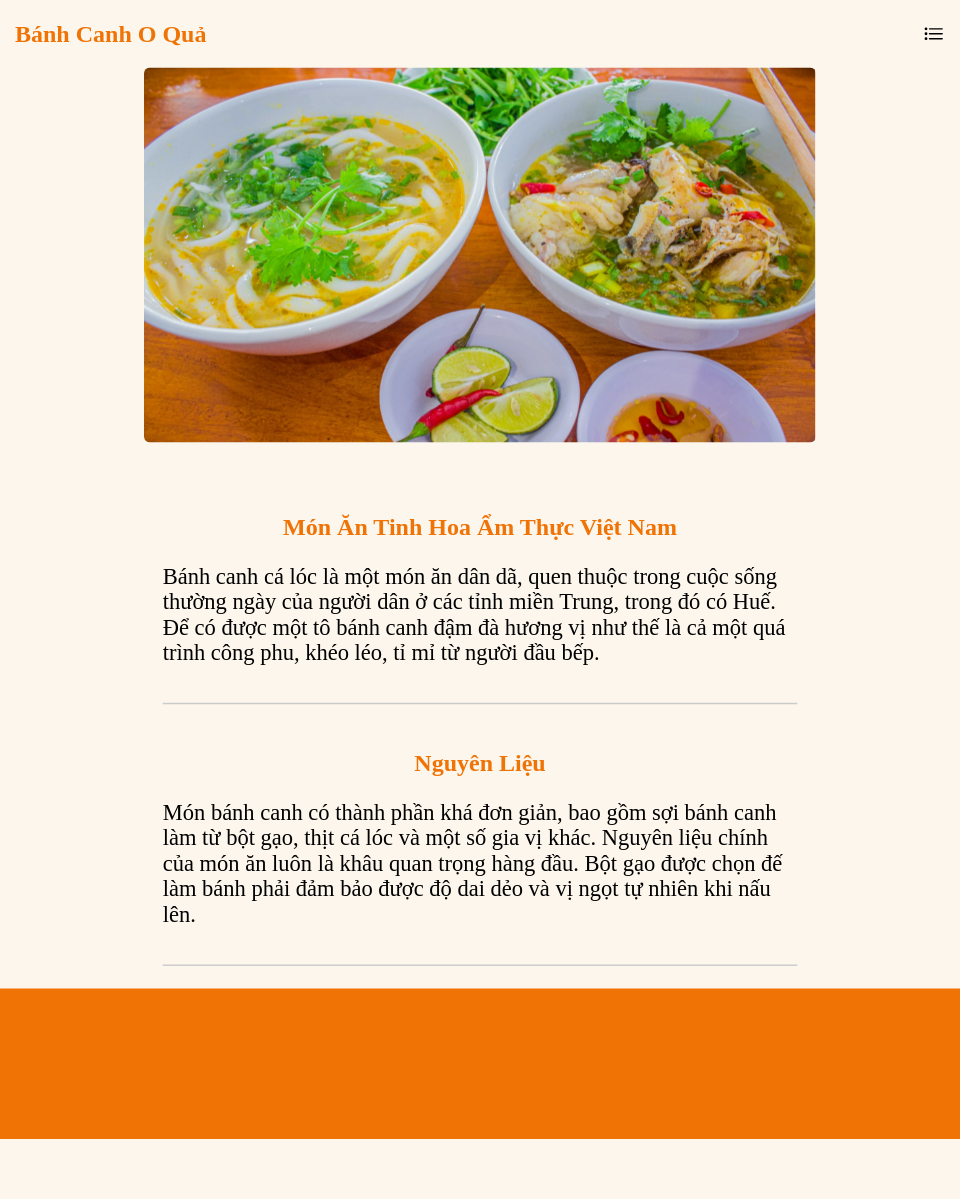
Repository: LeCongTuan2608/AmThuc
Page: public/index.html
An editor plug-in stored every save of this project. The page is shown before and after the next save, followed by the edit.
The browser window is 1280 px wide. The pictures show the whole page, at 75% of full size.
Some web fonts or font styles are not loaded; a fallback is used. The style sheet was rebuilt from its Sass, Less or Tailwind sources for each picture, by a compiler version that may differ from the author's.

Above is the page before, as saved 2022-04-15 11:39:14.

### public/index.html
<!DOCTYPE html>
<html lang="en">
   <head>
      <meta charset="UTF-8" />
      <meta http-equiv="X-UA-Compatible" content="IE=edge" />
      <meta name="viewport" content="width=device-width, initial-scale=1.0" />
      <link rel="stylesheet" href="../sass/css/index.css" />
      <link rel="stylesheet" href="../Javascript/app.js" />

      <script type="module" src="https://unpkg.com/ionicons@5.5.2/dist/ionicons/ionicons.esm.js"></script>
      <script nomodule src="https: // unkg .com / ionicons @ 5.5.2 / dist / ionicons / ionicons.js "></script>

      <link rel="preconnect" href="https://fonts.googleapis.com" />
      <link rel="preconnect" href="https://fonts.gstatic.com" crossorigin />
      <link href="https://fonts.googleapis.com/css2?family=Updock&display=swap" rel="stylesheet" />
      <title>Bánh Canh O Quả</title>
   </head>
   <body>
      <header>
         <div id="header">
            <h1>Bánh Canh O Quả</h1>
            <ion-icon name="list-outline"></ion-icon>
         </div>
      </header>
      <main>
         <div id="container">
            <div id="top">
               <div id="image">
                  <img src="../images/anh-3.png" alt="" />
               </div>
            </div>
            <div id="middle">
               <div id="contents">
                  <div id="story">
                     <h1>Món Ăn Tinh Hoa Ẩm Thực Việt Nam</h1>
                     <p>
                        Bánh canh cá lóc là một món ăn dân dã, quen thuộc trong cuộc sống thường ngày của người dân ở
                        các tỉnh miền Trung, trong đó có Huế. Để có được một tô bánh canh đậm đà hương vị như thế là cả
                        một quá trình công phu, khéo léo, tỉ mỉ từ người đầu bếp.
                     </p>
                  </div>
                  <div id="ingredient">
                     <h1>Nguyên Liệu</h1>
                     <p>
                        Món bánh canh có thành phần khá đơn giản, bao gồm sợi bánh canh làm từ bột gạo, thịt cá lóc và
                        một số gia vị khác. Nguyên liệu chính của món ăn luôn là khâu quan trọng hàng đầu. Bột gạo được
                        chọn đế làm bánh phải đảm bảo được độ dai dẻo và vị ngọt tự nhiên khi nấu lên.
                     </p>
                  </div>
               </div>
            </div>
         </div>
      </main>
      <footer></footer>
   </body>
</html>

### sass/index.scss
@import './variables';
html{
    font-size: 100%;
    width: 100%;
    height: 100%;
}
*{
    margin: 0;
    padding: 0;
}
body{
    width: 100%;
    height: 100%;
    background-color: $background_Color;
}
header #header{
    display: flex;
    height: 50px;
    padding: 20px;
    align-items: center;
    justify-content: space-between;
}
#header h1{
    color: $words_Color;
    cursor: pointer;
    font-family: $words_font;
}
#header ion-icon{
    font-size: 30px;
    cursor: pointer;
}
main{
    width: 100%;
    display: flex;
    justify-content: center;
}
main #container{
    display: flex;
    width: 70%;
    flex-direction: column;
    justify-content: center;

}
#image{
    background-size: cover;

}
#image img{
    width: 100%;
    height: 500px;
    border-radius: 8px;
    background-size: cover;
}
#contents{
    width: auto;
    height: auto;
    padding: 30px 25px 30px 25px;

}
#story{
    border-bottom-style: solid;
    border-width: 2px;
    border-color: #cbcbcb;
    padding-bottom: 50px;
}
#story h1{
    color: $words_Color;
    text-align: center;
    margin: 60px 0 30px 0;
    font-family: $words_font;
}
#story p{
    font-size: $font_Size;
    font-family: $words_font;
}
#ingredient{
    border-bottom-style: solid;
    border-width: 2px;
    border-color: #cecece;
    padding-bottom: 50px;
}
#ingredient h1{
    color: $words_Color;
    text-align: center;
    margin: 60px 0 30px 0;
    font-family: $words_font;
}
#ingredient p{
    font-size: $font_Size;
    font-family: $words_font;
}
footer{
    height: 200px;
    background-color: $words_Color;
}

### sass/variables.scss
$background_Color: #fcf6ed;
$words_Color: #f07305;
$words_font: 'Updock', cursive;
$font_Size: 30px;

Loaded but not shown: Javascript/app.js (no stored copy; drawn as an empty file)

After the next save:
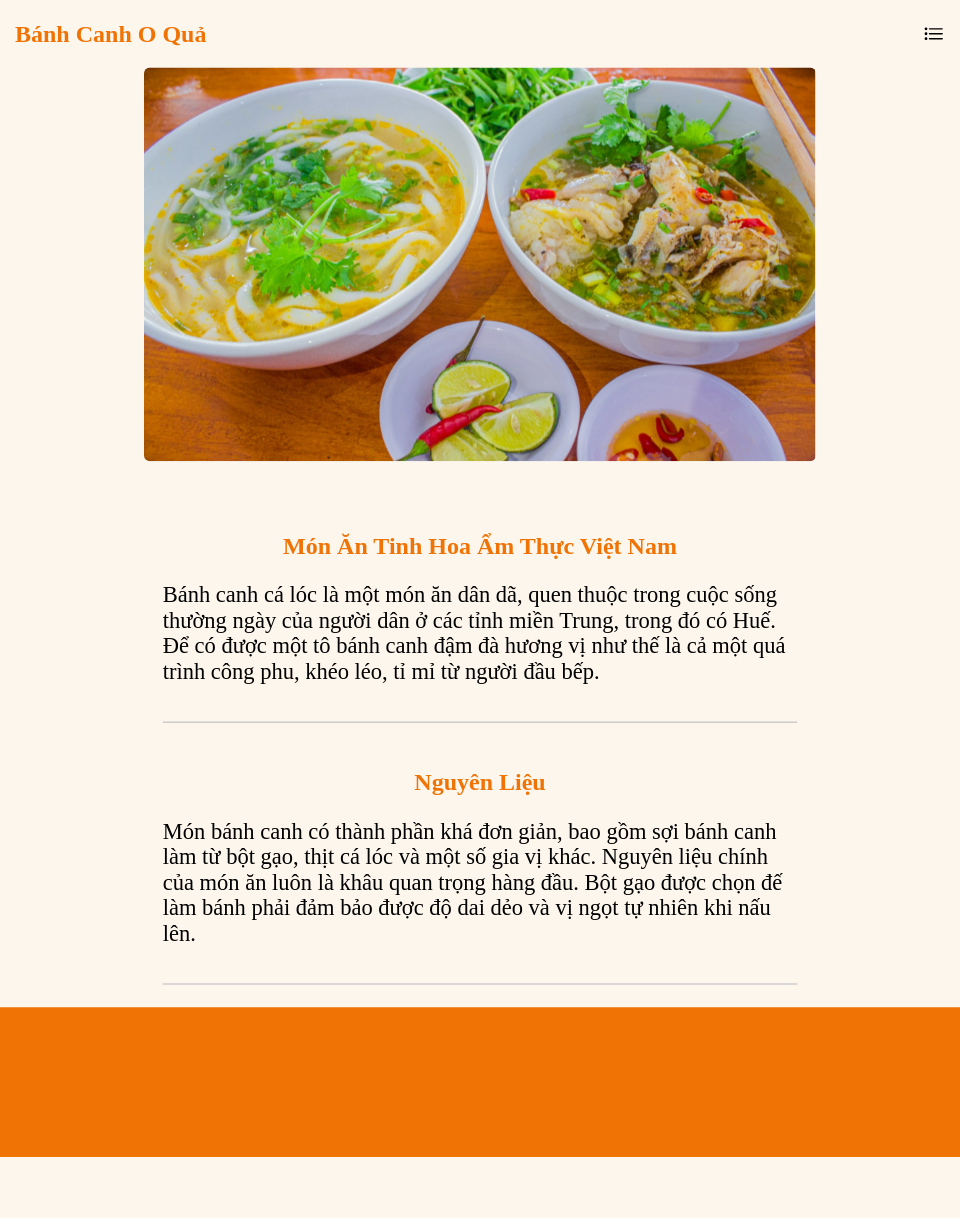
Saved 12 s later.
--- a/sass/index.scss
+++ b/sass/index.scss
@@ -47,7 +47,7 @@ main #container{
 }
 #image img{
     width: 100%;
-    height: 500px;
+    height: 100%;
     border-radius: 8px;
     background-size: cover;
 }
